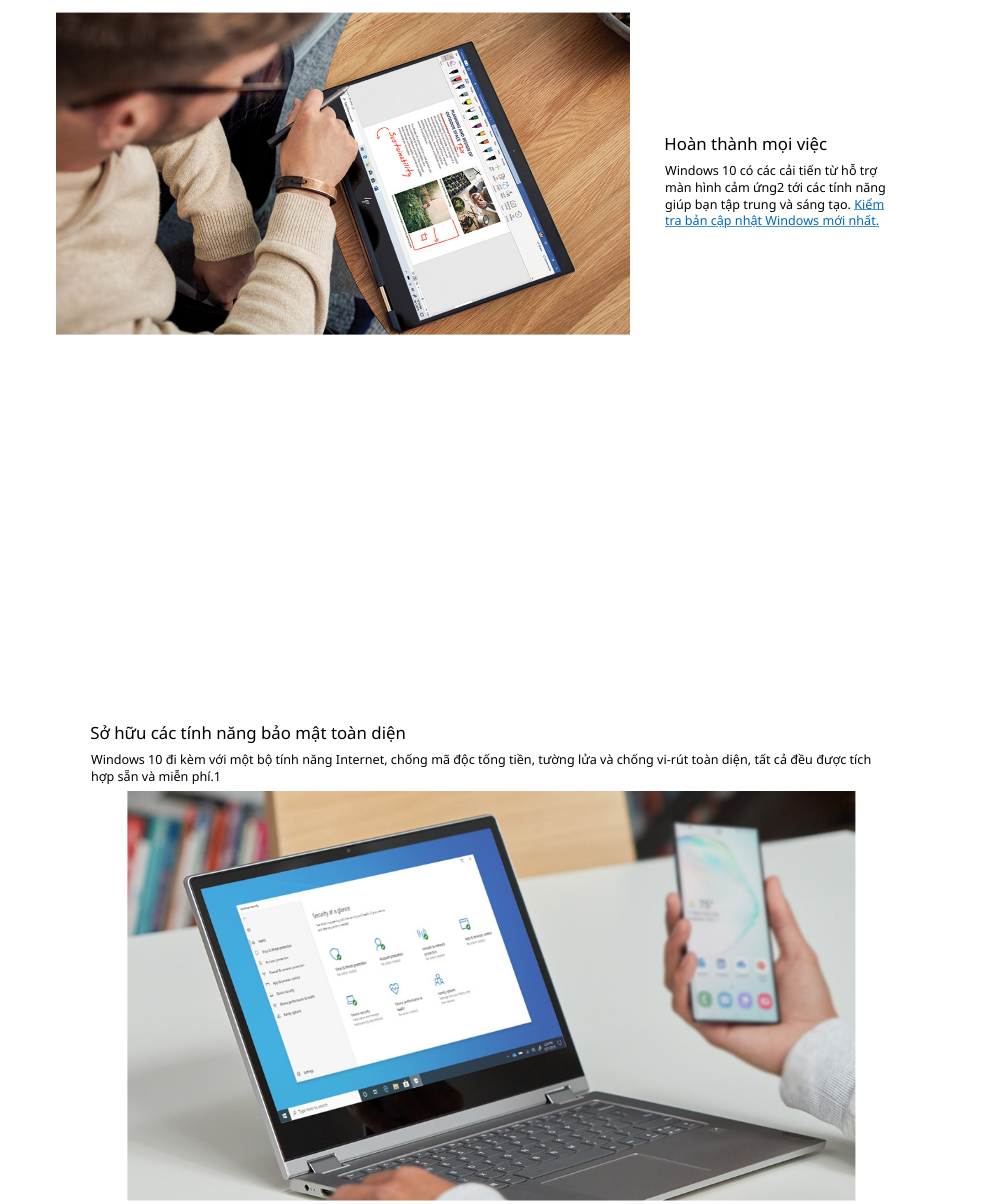
Repository: hoangphuong965/clone-Microsoft---practice
Page: index.html
These files come from the project's save history. The page is drawn as it stood at one moment and after a run of saves; the edit follows.
The browser window is 1280 px wide. The page is 1404 px wide, so the pictures cover 1404 px, including what lies to the right of the window. The pictures show the part of the page from y = 1640 to 3360 px (the page is 3360 px tall before and 2876 px after), at 70% of full size.

Above is the page before, as saved 2020-06-10 21:19:31.

After the next 2 saves:
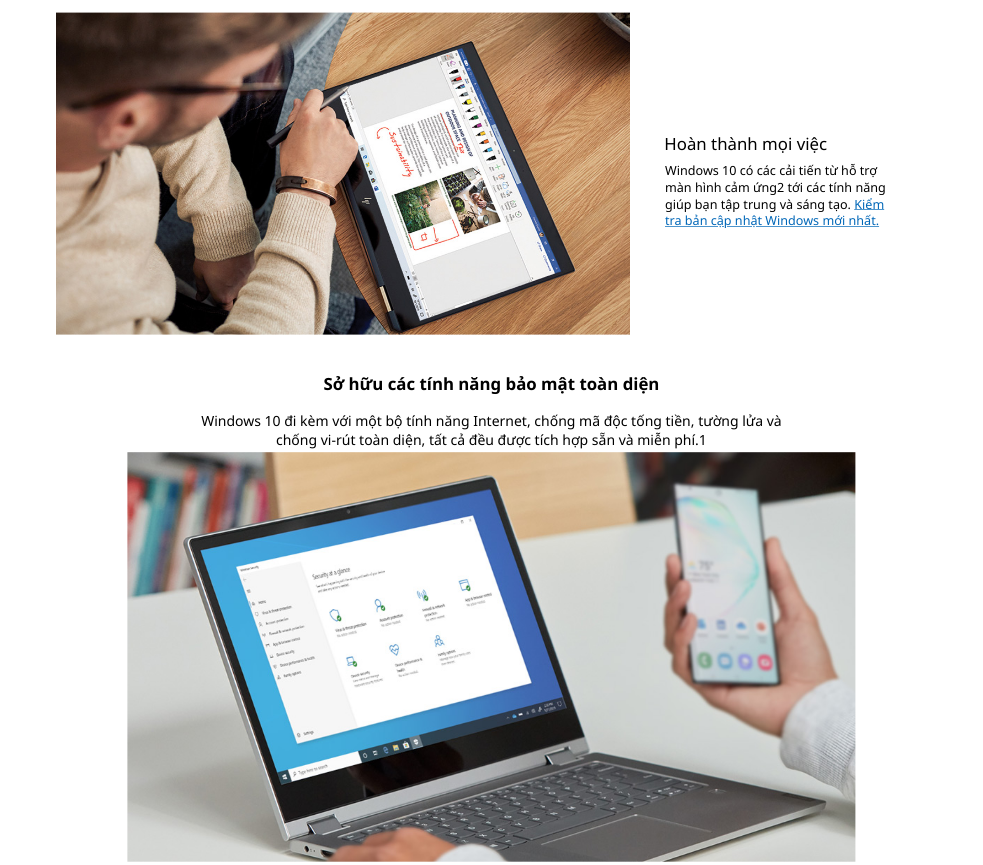
The 2 saves are shown as one change because they came seconds apart.
The last was saved 72 s later.
--- a/index.html
+++ b/index.html
@@ -138,7 +138,7 @@
                 </section>
             </div>
             <div class="feature-2">
-                <section class="feature-text-right">
+                <section class="feature-text-left">
                     <span>
                         <h2>Sở hữu các tính năng bảo mật toàn diện</h2>
                     </span>
@@ -147,7 +147,7 @@
                             vi-rút toàn diện, tất cả đều được tích hợp sẵn và miễn phí.1
                         </p>
                     </span>
-                    <section class="feature-img-left">
+                    <section class="feature-img-right">
                         <img src="img/h4.jpg" alt="">
                     </section>
 
